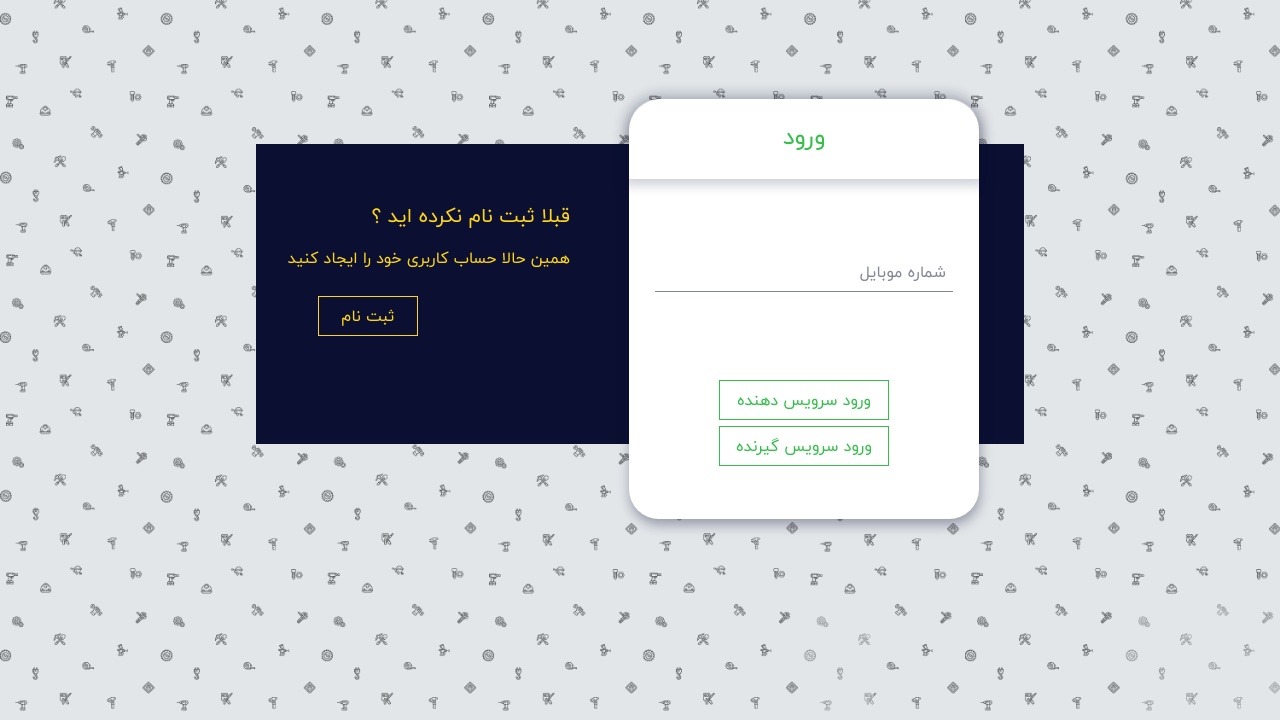
Repository: nightwolf-041/pisheyar-panel-user
Page: /login
An editor plug-in stored every save of this project. The page is shown before and after the next save, followed by the edit.
The browser window is 1280 px wide. The pictures show the whole page.
The page's requests for data from a server got no answer. The project was rebuilt for these pictures with package versions that can differ from the ones it lists, and the page was loaded fresh each time. No one was signed in, and anything a server would have sent is missing. Also part of the build but not shown: src/components/login/RegisterBoxSteps.jsx.

Above is the page before, as saved 2020-05-20 11:52:41.

After the next save:
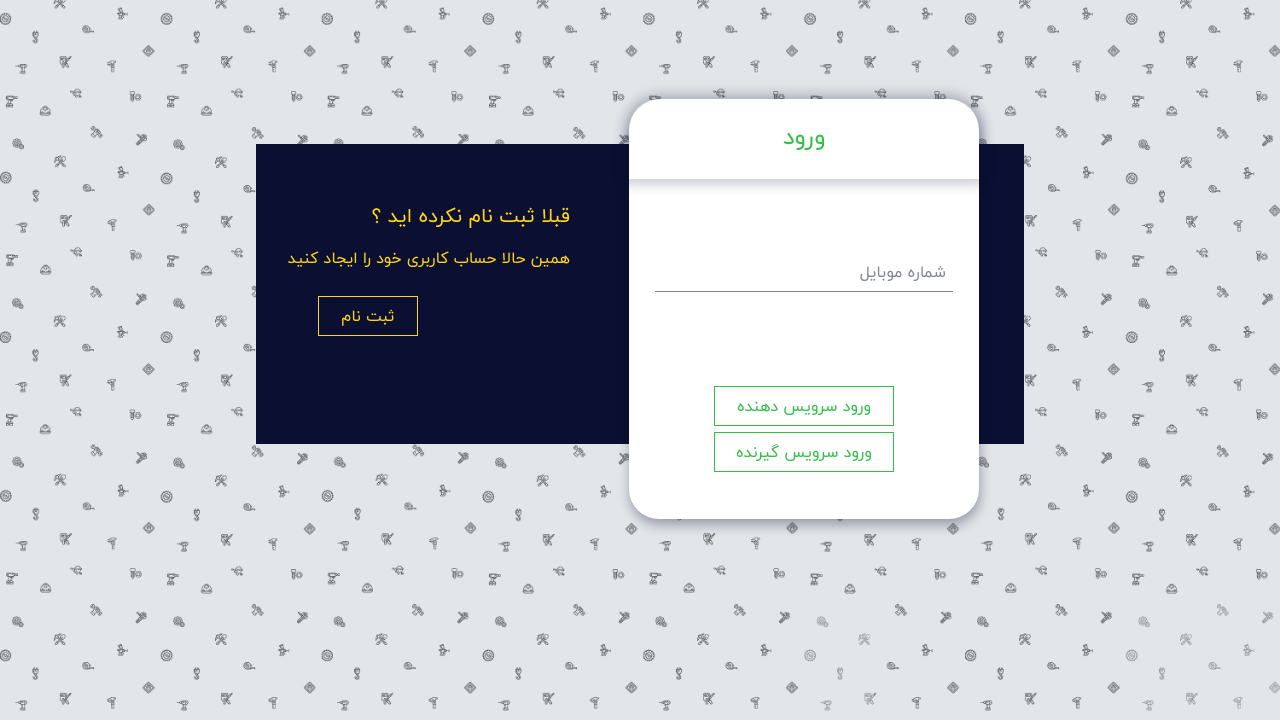
Saved 41 s later.
--- a/src/components/login/login.module.css
+++ b/src/components/login/login.module.css
@@ -242,10 +242,10 @@ button {
 
 .loginRegisterLoginButton {
     position: absolute;
-    top: 135%;
-    right: calc(50% - 85px);
+    top: 140%;
+    right: calc(50% - 90px);
     padding: 7px 15px;
-    width: 170px;
+    width: 180px;
     background: none;
     outline: none;
     color: #34bf49;
@@ -254,10 +254,10 @@ button {
 
 .loginRegisterLoginButtonByer {
     position: absolute;
-    top: 175%;
-    left: calc(50% - 85px);
+    top: 180%;
+    left: calc(50% - 90px);
     padding: 7px 15px;
-    width: 170px;
+    width: 180px;
     background: none;
     outline: none;
     color: #34bf49;
